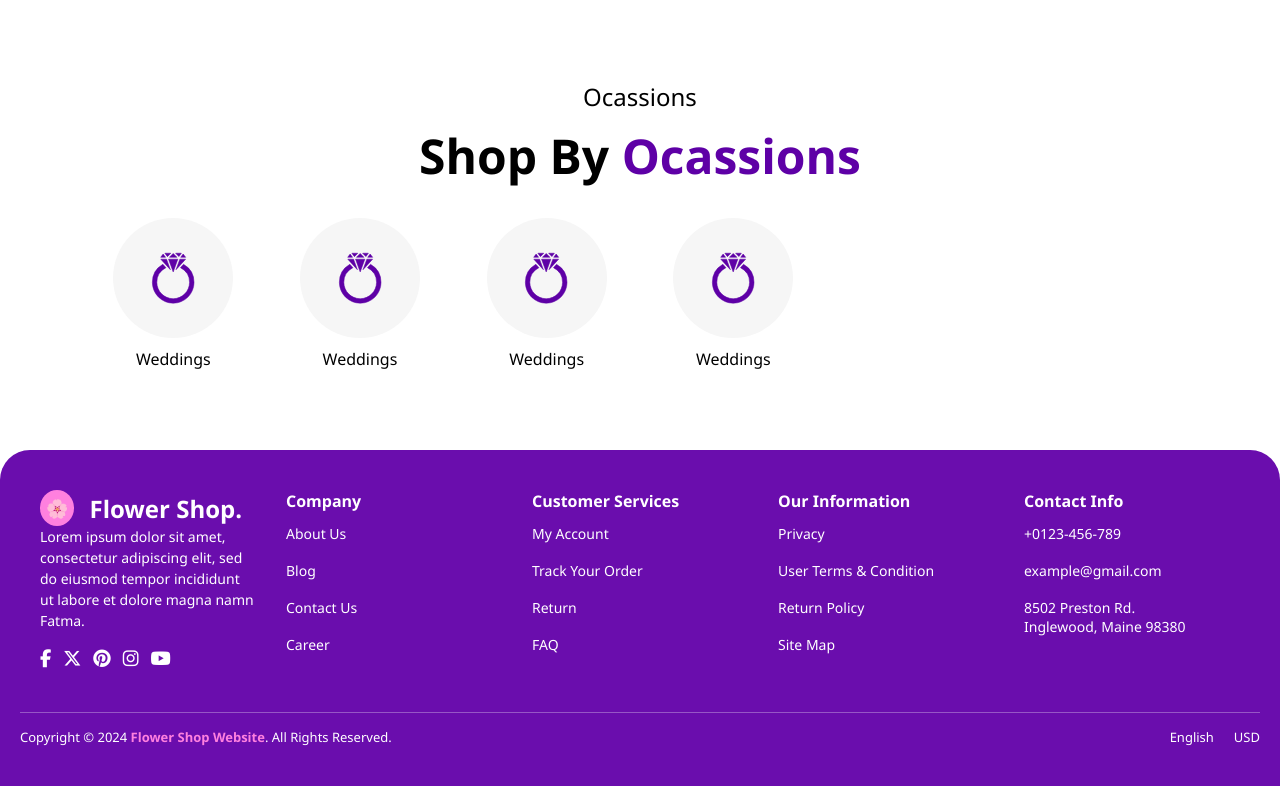
Repository: HabibaYossre/BellaFlora-Store
Page: / (app in client/)
The author's editor kept a copy of each file at every save. The page is drawn from the files as they stood at one save, then again after the next save.
The browser window is 1280 px wide. The pictures show the part of the page from y = 719 to 1505 px (the page is 1505 px tall).
The project was rebuilt for these pictures with package versions that can differ from the ones it lists, and the page was loaded fresh each time. Also part of the build but not shown: client/src/components/registration/Login.js, client/src/components/registration/SignUp.js, client/src/components/home/Home.css, client/src/components/Subscribe/Subscribe.css, client/src/components/Subscribe/Subscribe.js, client/src/components/Marquee/Marquee.css, client/src/components/Marquee/Marquee.js, client/src/components/Shipping/Shipping.css and 34 more.

Above is the page before, as saved 2025-08-31 01:28:49.

### client/src/index.js
import React from "react";
import ReactDOM from "react-dom/client";
import { BrowserRouter } from "react-router-dom";
import App from "./App";
import "./index.css";

const root = ReactDOM.createRoot(document.getElementById("root"));
root.render(
  <BrowserRouter>
   <App></App>
  </BrowserRouter>
);

### client/src/App.js
import { Routes, Route } from "react-router-dom";
import Login from "./components/registration/Login";
import SignUp from "./components/registration/SignUp";
import Home from "./components/home/Home";
import Header from './components/Header/Header'
import Checkmail from "./components/registration/Checkmail";
import Search from "./components/search/Search";
import Allproducts from "./components/allProducts/Allproducts";
import "@fortawesome/fontawesome-free/css/all.min.css";
import Cart from "./components/Cart/Cart";
import Wishlist from "./components/Wishlist/Wishlist";
import Order from "./components/Order/Order";

import Resetpass from "./components/registration/Resetpass";
import ErrorPage from "./components/ErrorPage/ErrorPage";
import ContactUs from "./components/ContactUs/ContactUs";

import Main from "./components/main/Main"
import Footer from "./components/Footer/Footer";
import Ocassions from "./components/occasions/Ocassions";


function App() {
  return (
    <>
    <Header></Header>
    <Routes>
      <Route path="/" element={<Main />}/>
      <Route path="/auth/login" element={<Login />} />
      <Route path="/Home" element={<Home />} />
      <Route path="/auth/signup" element={<SignUp />} />
      <Route path="/S" element={<Search />} />
      <Route path="/Allproducts" element={<Allproducts />} />
      <Route path="/Cart" element={<Cart />} />
      <Route path="/Wishlist" element={<Wishlist />} />
      <Route path="/Order" element={<Order />} />
      <Route path="/Reset" element={<Resetpass />} />
      <Route path="/Checkmail" element={<Checkmail />} />
      <Route path="/*" element={<ErrorPage />} />
      <Route path="/ContactUs" element={<ContactUs />} />


    </Routes>
    <Ocassions></Ocassions>
<Footer></Footer>
</>
);
{/* <>
<Header></Header>
<Main></Main>
</> */}
//   </>

}

export default App;

### client/src/index.css
:root {
  --primary-color: #5e00a6;
  --secondary-color: #FE91E8;
  --text-color: #323232;
  --background-color: #F6F6F6;
  --stars-color: #FAB125;
}
*{
  padding: 0;
  margin: 0;
  box-sizing: border-box;
  font-family: 'Segoe UI', Tahoma, Geneva, Verdana, sans-serif;
}

a{
  text-decoration: none;
}
li{
  list-style: none;
}

.btns{
  padding: 10px 20px;
  margin-right: 6px;
  background: transparent;
  border: none;
  border-radius: 5px;
  color:white ;
  background-color: #5e00a6;
  cursor: pointer;
  font-size: 1rem;
}

### client/src/components/Header/Header.js
import React, { useState } from 'react';
import "./Header.css";
import { NavLink } from 'react-router-dom';


function Header() {
  const [menuOpen, setMenuOpen] = useState(false);

  return (
    <header>
      {/* ---------- Top Bar ---------- */}
      <div className="top-bar">
        <div className="left">
          <span>Call Us : +123-456-789</span>
        </div>
        <div className="center">
          <span>
            Sign up and <b>GET 20% OFF</b> for your first order.{" "}
            <NavLink to="/auth/signup">Sign up now</NavLink>
          </span>
        </div>
        <div className="right">
          <a href="#"><i className="fab fa-facebook-f"></i></a>
          <a href="#"><i className="fab fa-x-twitter"></i></a>
          <a href="#"><i className="fab fa-pinterest"></i></a>
          <a href="#"><i className="fab fa-instagram"></i></a>
          <a href="#"><i className="fab fa-youtube"></i></a>
        </div>
      </div>

      {/* ---------- Navbar ---------- */}
      <nav className="navbar">
        <div className="logo">
          <span className="logo-icon">🌸</span>
          <span className="logo-text">Flower Shop.</span>
        </div>

        {/* Hamburger Icon */}
        <div className="menu-toggle" onClick={() => setMenuOpen(!menuOpen)}>
          <i className={menuOpen ? "fas fa-times" : "fas fa-bars"}></i>
        </div>

        {/* Nav Links */}
        <ul className={`nav-links ${menuOpen ? "active" : ""}`}>
          <li><NavLink to="/Home">Home</NavLink></li>
          <li><NavLink to="/Shop">Shop</NavLink></li>
          <li><NavLink to="/Ossions">Occasions</NavLink></li>
          <li><NavLink to="/AboutUs">About Us</NavLink></li>
          <li><NavLink to="/ContactUs">Contact Us</NavLink></li>
          <li><NavLink to="/Blogs">Blogs</NavLink></li>
        </ul>

        {/* Icons */}
        <div className="icons">
          <NavLink to="/search"><i className="fas fa-search"></i></NavLink>
          <NavLink to="/Wishlist"><i className="far fa-heart"></i></NavLink>
          <NavLink to="/Cart"><i className="fas fa-shopping-bag"></i></NavLink>
          <NavLink to="/User"><i className="far fa-user"></i></NavLink>
        </div>
      </nav>
    </header>
  );
}

export default Header;

### client/src/components/main/Main.js
import React from "react";
import { Link } from "react-router-dom";
import "./Main.css";
import { GiFlowers } from "react-icons/gi";
import { FaArrowRight } from "react-icons/fa";

function Main() {
  return (
      <div className="main-container">
          <div className="layout">
      <div className="left-section">
        {/* slogan begin */}
        <div className="slogan">
          <span>
            <GiFlowers />
          </span>
          Your Trusted Online Flower Shop
        </div>
        {/* slogan end */}
        {/* header begin */}
        <h1 className="main-header">
          The Ultimate <span>Flower Shopping Destination</span>
        </h1>
        {/* header end */}
        {/* subHeader begin */}
        <div className="subHeader">
          Brighten every moment with our handpicked fresh blooms. Fast delivery,
          beautiful arrangements, and smiles guaranteed!
        </div>
        {/* subHeader end */}

        {/* shop now section begin */}
        <div className="shop-now">
          <div className="btns main-btn">
            Shop Now
            <span>
              <FaArrowRight />
            </span>
          </div>
          <span>
            <Link className="main-link" to="/Allproducts">View All Products</Link>
          </span>
        </div>
        {/* shop now section end */}
      </div>
      </div>
    </div>


  );
}
export default Main;

### client/src/components/Footer/Footer.js

import React from 'react';
import "./Footer.css";




function Footer() {

  return (

      <footer className="footer">
      <div className="footer-container">

        <div className="footer-section">
          <div className="footer-logo">
            <span className="logo-icon">🌸</span>
            <h2>Flower Shop.</h2>
          </div>
          <p>
            Lorem ipsum dolor sit amet, consectetur adipiscing elit, sed do
            eiusmod tempor incididunt ut labore et dolore magna namn Fatma.
          </p>
         <div className="footer-social">
          <a href="#"><i className="fab fa-facebook-f"></i></a>
          <a href="#"><i className="fab fa-x-twitter"></i></a>
          <a href="#"><i className="fab fa-pinterest"></i></a>
          <a href="#"><i className="fab fa-instagram"></i></a>
          <a href="#"><i className="fab fa-youtube"></i></a>
        </div>
        </div>

        {/* Company */}
        <div className="footer-section">
          <h3>Company</h3>
          <ul>
            <li><a href="#">About Us</a></li>
            <li><a href="#">Blog</a></li>
            <li><a href="#">Contact Us</a></li>
            <li><a href="#">Career</a></li>
          </ul>
        </div>

        {/* Customer Services */}
        <div className="footer-section">
          <h3>Customer Services</h3>
          <ul>
            <li><a href="#">My Account</a></li>
            <li><a href="#">Track Your Order</a></li>
            <li><a href="#">Return</a></li>
            <li><a href="#">FAQ</a></li>
          </ul>
        </div>

        {/* Our Information */}
        <div className="footer-section">
          <h3>Our Information</h3>
          <ul>
            <li><a href="#">Privacy</a></li>
            <li><a href="#">User Terms & Condition</a></li>
            <li><a href="#">Return Policy</a></li>
            <li><a href="#">Site Map</a></li>

          </ul>
        </div>

        {/* Contact Info */}
        <div className="footer-section">
          <h3>Contact Info</h3>
          <ul>
            <li>+0123-456-789</li>
            <li>example@gmail.com</li>
            <li>8502 Preston Rd. <br/> Inglewood, Maine 98380</li>
          </ul>
        </div>
      </div>

      {/* Bottom Section */}
      <div className="footer-bottom">
        <p>Copyright © 2024 <b>Flower Shop Website</b>. All Rights Reserved.</p>
        <div className="footer-lang">
          <span>English </span>
          <span>USD </span>
        </div>
      </div>
    </footer>
      );
};




export default Footer;

### client/src/components/occasions/Ocassions.js
import React from "react";
import "./Occasions.css";
import { GiBigDiamondRing } from "react-icons/gi";

function Ocassions() {
  return (
    <div className="ocassions-container">
      <div className="headers">
        <div className="subheader">Ocassions</div>
        <h2 className="ocassions-mainHeader">Shop By <span>Ocassions</span></h2>
      </div>

      <div className="ocassions-types">
        <div className="ocasssion">
            <div className="icon-container">
                <GiBigDiamondRing />
            </div>
            <div className="ocasssion-name">Weddings</div>
        </div>
        <div className="ocasssion">
            <div className="icon-container">
                <GiBigDiamondRing />
            </div>
            <div className="ocasssion-name">Weddings</div>
        </div>
        <div className="ocasssion">
            <div className="icon-container">
                <GiBigDiamondRing />
            </div>
            <div className="ocasssion-name">Weddings</div>
        </div>
        <div className="ocasssion">
            <div className="icon-container">
                <GiBigDiamondRing />
            </div>
            <div className="ocasssion-name">Weddings</div>
        </div>
      </div>

    </div>
  );
}
export default Ocassions;

### client/src/components/registration/Login.css

.login-container {
  display: flex;
  justify-content: center;
  align-items: center;
  height: 100vh;
  background: linear-gradient(135deg, #270030, #5c2782, #36025b);
 display: flexbox;

background-size:contain;
  background-color: var(--background-color);

}
.forgetpass{
  color: #6a0dad;
  text-decoration: none;
  font-size: 14px;
  margin-top: 0px;


}

.login-container form {
  background: #fff;
  padding: 30px 40px;
  border-radius: 50 px;
  box-shadow: 0 6px 20px rgba(205, 205, 205, 0.15);
  width: 450px;

}

.login-container h2 {

  margin-bottom: 25px;
  color: #333;
}


.login-container label {
  display: block;
  font-weight: 600;
  margin-bottom: 6px;
  color: #323232;

}

.login-container input {
  width: 93%;
  padding: 10px;
  margin-bottom: 5px;
  border-radius: 8px;
  border: 1px solid #ccc;
  outline: none;
  transition: border 0.3s ease;
}

.login-container input:focus {
  border-color: #6a0dad;
  box-shadow: 0 0 4px rgba(106, 13, 173, 0.3);
}
.login-container input[type="checkbox"] {
  width: auto;
  margin-right: 10px;
}

.login-container button {
  width: 100%;
  padding: 12px;
  border: none;
  border-radius: 8px;
  background: #36025b;
  color: #fff;
  font-size: 16px;
  font-weight: bold;
  cursor: pointer;
  align-items: center;
  margin-top: 10px;

}

.login-container button:hover {
  background: #7f0ed0;
}
















/* Top Bar */
.top-bar {
  background: #6a0dad; /* Purple color */
  color: white;
  display: flex;
  justify-content: space-between;
  align-items: center;
  padding: 8px 20px;
  font-size: 14px;
 height: 50px;
}

.top-bar a {
  color: rgb(255, 255, 255);
  text-decoration: underline;
  margin-left: 5px;
}

.center a{
  color: rgb(236, 94, 206);

}

.top-bar .right a {
  margin-left: 10px;
  font-size: 16px;
}

/* Navbar */
.navbar {
  display: flex;
  justify-content: space-between;
  align-items: center;
  padding: 15px 40px;
  background: #fff;
  box-shadow: 0 2px 5px rgba(0,0,0,0.05);
}

.logo {
  display: flex;
  align-items: center;
  font-weight: bold;
  font-size: 20px;
}

.logo-icon {
  font-size: 24px;
  margin-right: 5px;
}

.logo-text {
  color: #000;
}

.nav-links {
  display: flex;
  list-style: none;
  gap: 20px;
}

.nav-links a {
  text-decoration: none;
  color: #000;
  font-weight: 500;
}

.nav-links a:hover {
  color: #6a0dad;
}

.icons a {
  margin-left: 15px;
  font-size: 14px;
  color: #000;
}
.icons a:hover {
  color: #6a0dad;
}
.footer {
  background-color: #6a0dad; /* Purple background */
  color: white;
  padding: 40px 20px;
  border-radius: 20px 20px 0 0;
  font-family: Arial, sans-serif;
}

.footer-container {
  display: grid;
  grid-template-columns: repeat(auto-fit, minmax(180px, 1fr));
  gap: 30px;
  max-width: 1200px;
  margin: 0 auto;
}

.footer-section h3 {
  margin-bottom: 12px;
  font-size: 16px;
  font-weight: bold;
}

.footer-section p {
  font-size: 14px;
  line-height: 1.5;
  margin-bottom: 15px;
}

.footer-section ul {
  list-style: none;
  padding: 0;
}

.footer-section ul li {
  margin-bottom: 8px;
  font-size: 14px;
}

.footer-section ul li a {
  color: white;
  text-decoration: none;
  transition: color 0.3s;
}

.footer-section ul li a:hover {
  color: #ff80df;
}

.footer-logo {
  display: flex;
  align-items: center;
  gap: 10px;
  font-weight: bold;
}

.logo-icon {
  background: #ff80df;
  border-radius: 50%;
  padding: 6px;
  font-size: 18px;
}

.footer-social {
  display: flex;
  gap: 12px;
  font-size: 18px;
}

.footer-social a {
  color: white;
  transition: color 0.3s;
}

.footer-social a:hover {
  color: #ff80df;
}

.footer-bottom {
  margin-top: 40px;
  border-top: 1px solid rgba(255, 255, 255, 0.3);
  padding-top: 15px;
  display: flex;
  flex-direction: column;
  align-items: center;
  justify-content: space-between;
  gap: 10px;
  font-size: 13px;
}

.footer-lang {
  display: flex;
  gap: 20px;
}
.signup-link {
margin: 40px;
  color: #020202;
  text-decoration: none;
  text-align: center;
}
.signup-link a{
  color: #6a0dad;

}

@media (min-width: 768px) {
  .footer-bottom {
    flex-direction: row;
  }
}

### client/src/components/Header/Header.css
.top-bar {
  background: #6a0dad; /* Purple color */
  color: white;
  display: flex;
  justify-content: space-between;
  align-items: center;
  padding: 8px 20px;
  font-size: 14px;
 height: 45px;
}

.top-bar a {
  color: rgb(255, 255, 255);
  text-decoration: underline;
  margin-left: 5px;

}

.center a{
  color: rgb(236, 94, 206);

}

.top-bar .right a {
  margin-left: 10px;
  font-size: 16px;
}

/* Navbar */
.navbar {
  display: flex;
  justify-content: space-between;
  align-items: center;
  padding: 15px 40px;
  background: #fff;
  box-shadow: 0 2px 5px rgba(0,0,0,0.05);
}

.logo {
  display: flex;
  align-items: center;
  font-weight: bold;
  font-size: 20px;
}

.logo-icon {
  font-size: 24px;
  margin-right: 5px;
}

.logo-text {
  color: #000;
}

.nav-links {
  display: flex;
  list-style: none;
  gap: 20px;
}

.nav-links a {
  text-decoration: none;
  color: #000;
  font-weight: 500;
}

.nav-links a:hover {
  color: #6a0dad;
}

.icons a {
  margin-left: 15px;
  font-size: 14px;
  color: #000;
}
.icons a:hover {
  color: #6a0dad;
}

### client/src/components/main/Main.css

.main-container{
    background-image: url("../../../public/images/mainBackground.jpg");
    background-size: cover;
    height: calc(100vh - 45px - 67px);
    background-position:top;
    /* display: grid;
    grid-template-columns: 2fr 1fr; */
    padding: 5rem 6rem ;
}


.slogan{
    background-color: #E9CCF6;
    padding: 0.6rem;
    max-width: 27rem;
    border-radius: 50px;
    display: flex;
    align-items: center;
    gap: 0.7rem;
    font-weight: 600;
    font-size: 1.4rem;
}
.slogan span{
    background-color: white;
  width: 40px;
  height: 40px;
    border-radius:50%;
    color: var(--primary-color);
    display: flex;
    align-items: center;
    justify-content: center;
}
.slogan span svg{
   stroke-width: 6;
   font-size: 1.5rem;
}
.main-header{
    padding-top: 1.5rem;
    font-size: 4rem;
    max-width: 700px;
}
.main-header span{
    color: var(--primary-color);
}

.subHeader{
    padding-top: 1.5rem;
    max-width: 490px;
    font-weight: 400;
  color: rgb(87, 86, 86);
  font-size: 1.1rem;
}
.shop-now{

    padding-top: 1.5rem;
    display: flex;
    align-items: center;
    gap: 20px;

}
.main-btn{
    max-width: 180px;
    display: flex;
    align-items: center;
    gap: 10px;
}
.main-btn span svg{
   margin-top: 5px;
}
.main-btn:hover span svg{
    animation: slide 0.5s infinite alternate;

}
@keyframes slide {
    from{
transform: translateX(0);
    }
    to{
transform: translateX(4px);

    }
}

.main-link{
    font-size: 1.2rem;
    text-decoration: underline;
    color: var(--text-color);
    font-weight: 600;
}

@media (max-width: 768px) {

    .main-container{
        height: 100vh;
        padding: 3rem 2rem;
        background-position:left;


    }
    .slogan{
        min-width: 200px;
        font-size: 1rem;
    }
    .main-header{
        font-size: 2.5rem;
       min-width: 290px;
    }
    .subHeader{
font-size: 1rem;
    }
    .main-btn{
    min-width: 150px;
    }
}

### client/src/components/Footer/Footer.css
.footer {
  background-color: #6a0dad; /* Purple background */
  color: white;
  padding: 40px 20px;
  border-radius: 30px 30px 0 0;
  /* border-radius: 20px ; */
  /* font-family: Arial, sans-serif; */
  margin-top: 0;
}

.footer-container {
  display: grid;
  /* grid-template-columns: repeat(auto-fit, minmax(180px, 1fr)); */
  gap: 30px;
  max-width: 1200px;
  /* margin: 20px 0px 0px 0px; */
}

.footer-section h3 {
  margin-bottom: 12px;
  font-size: 16px;
  font-weight: bold;
}

.footer-section p {
  font-size: 14px;
  line-height: 1.5;
  margin-bottom: 15px;
}

.footer-section ul {
  list-style: none;
  padding: 0;
}

.footer-section ul li {
  margin-bottom: 18px;
  font-size: 14px;
}

.footer-section ul li a {
  color: white;
  text-decoration: none;
  transition: color 0.3s;
}

.footer-section ul li a:hover {
  color: #ff80df;
}

.footer-logo {
  display: flex;
  align-items: center;
  gap: 10px;
  font-weight: bold;
}

.logo-icon {
  background: #ff80df;
  border-radius: 50%;
  padding: 6px;
  font-size: 18px;
}

.footer-social {
  display: flex;
  gap: 12px;
  font-size: 18px;
}

.footer-social a {
  color: white;
  transition: color 0.3s;
}

.footer-social a:hover {
  color: #ff80df;
}

.footer-bottom {
  /* margin-top: 40px;
  border-top: 1px solid rgba(166, 16, 16, 0.3); */
  padding-top: 15px;
  display: flex;
  flex-direction: column;
  align-items: center;
  justify-content: space-between;
  gap: 10px;
  font-size: 13px;
}
b{
    color: #ff80df;
}

.footer-lang {
  display: flex;
  gap: 20px;
}
@media (max-width: 768px) {
  .container {
    flex-direction: column;
    align-items: center;
  }

  .info-card {
    width: 80%;
    margin-bottom: 20px;
  }
}

@media (min-width: 768px) {
  .footer-bottom {
    flex-direction: row;
  }
}

### client/src/components/occasions/Occasions.css
.ocassions-container {
  padding: 5rem 6rem;

}
.headers {
  margin: 0 auto;
  max-width: 450px;
  text-align: center;
}
.headers .subheader {
  font-size: 1.5rem;
}
.ocassions-mainHeader {
  font-size: 3rem;
  margin-top: 10px;
}
.ocassions-mainHeader span {
  color: var(--primary-color);
}
.ocassions-types {
display: grid;
  grid-template-columns: repeat(6, 1fr); /* 6 in a row for large screens */
  gap: 2rem;
  margin-top: 30px;

}
.icon-container {
  width: 120px;
  height: 120px;
  background-color: #f6f6f6;
  border-radius: 50%;
  display: flex;
  justify-content: center;
  align-items: center;
}
.icon-container svg {
  stroke-width: 5;
  font-size: 3.4rem;
  color: var(--primary-color);
}
.ocasssion{
    display: flex;
    flex-direction: column;
    align-items: center;
    justify-content: center;
}
.ocasssion-name {
  text-align: center;
  font-weight: 500;
  margin-top: 10px;
  font-size: 1rem;
}

@media (max-width: 1200px) {
  .ocassions-types {

    grid-template-columns: repeat(3,1fr);
  }
}
@media (max-width: 768px) {
  .ocassions-types {
    grid-template-columns: repeat(2,1fr);
  }
}
/* @media (max-width: 480px) {
  .ocassions-types {
    grid-template-columns: repeat(auto-fit, minmax(120px, 1fr));

  }
} */

Loaded but not shown: client/public/index.html (common file); client/src/components/home/Home.css (no copy from this time; the picture is the same without it); client/src/components/sidebar/colors/Colors.css (no stored copy; drawn as an empty file)

After the next save:
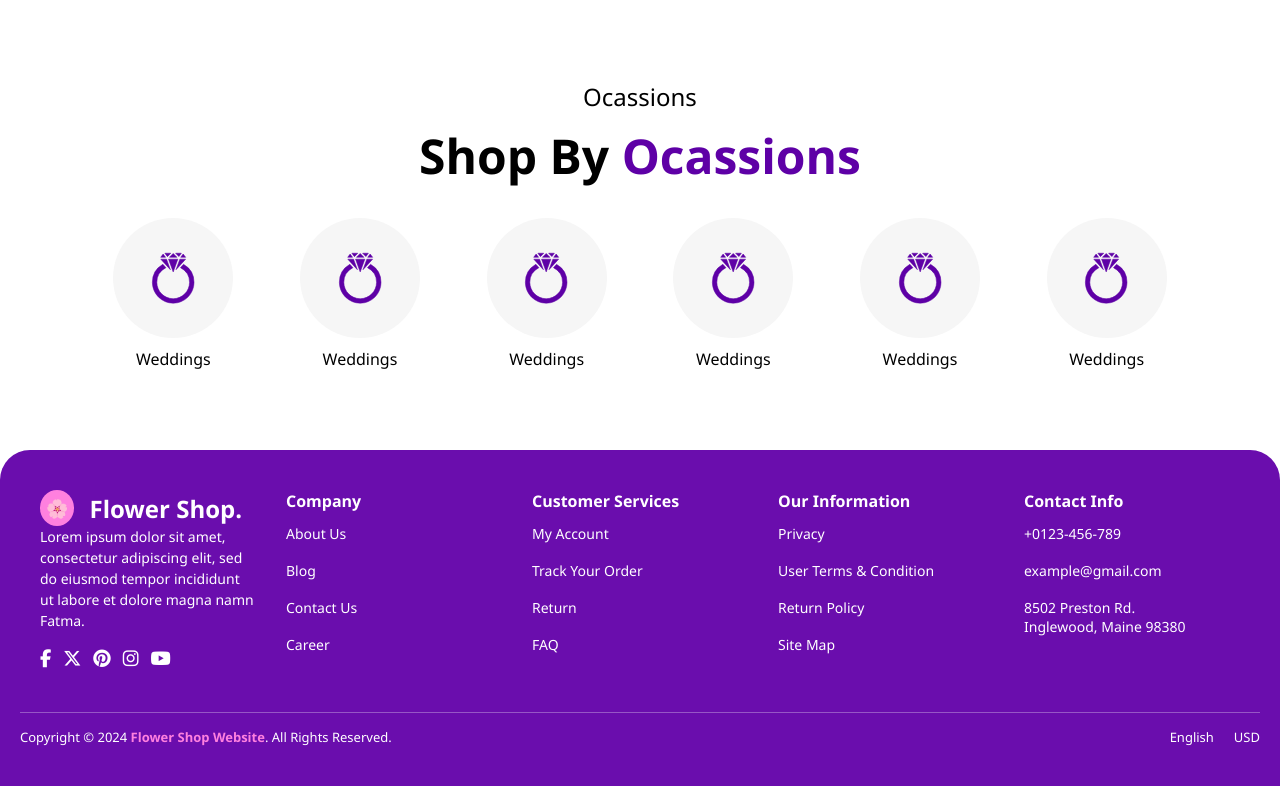
Saved 7 s later.
--- a/client/src/components/occasions/Ocassions.js
+++ b/client/src/components/occasions/Ocassions.js
@@ -35,6 +35,18 @@ function Ocassions() {
             </div>
             <div className="ocasssion-name">Weddings</div>
         </div>
+        <div className="ocasssion">
+            <div className="icon-container">
+                <GiBigDiamondRing />
+            </div>
+            <div className="ocasssion-name">Weddings</div>
+        </div>
+        <div className="ocasssion">
+            <div className="icon-container">
+                <GiBigDiamondRing />
+            </div>
+            <div className="ocasssion-name">Weddings</div>
+        </div>
       </div>
 
     </div>
